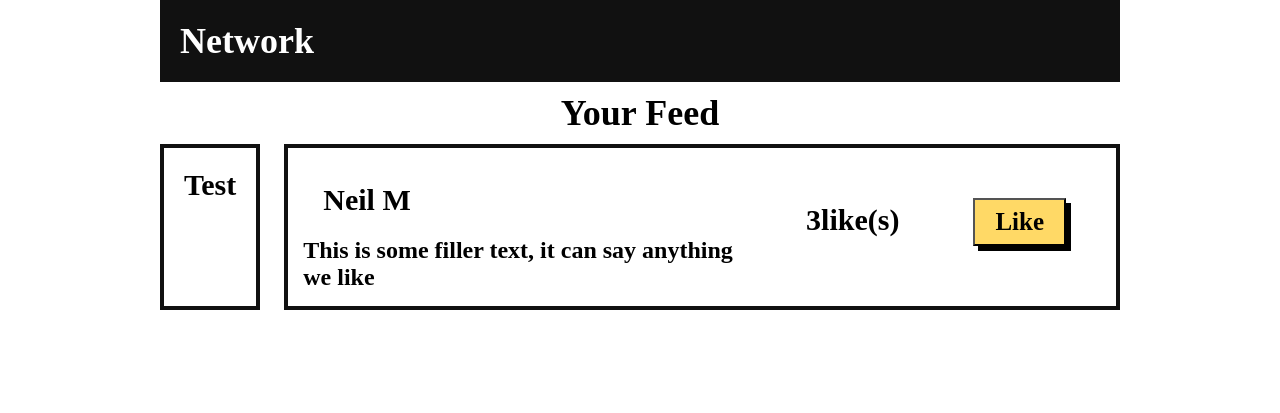
Repository: Blender20/liking_likes
Page: index.html
These files come from the project's save history. The page is drawn as it stood at one moment and after the next save; the edit follows.
The browser window is 1280 px wide. The pictures show the whole page.
Some web fonts or font styles are not loaded; a fallback is used.

Above is the page before, as saved 2022-03-29 23:27:20.

After the next save:
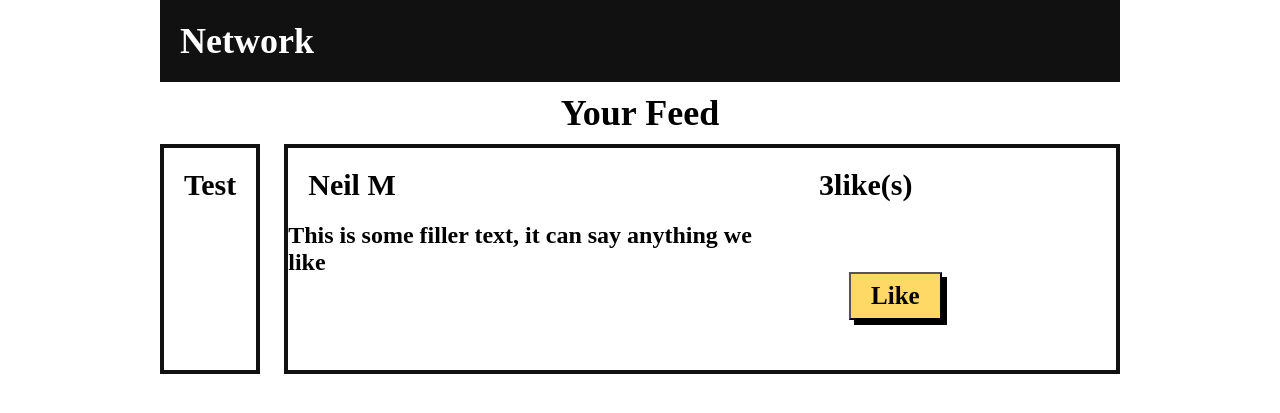
Saved 2 min 1 s later.
--- a/style.css
+++ b/style.css
@@ -44,10 +44,7 @@ nav{
   margin: 0 auto;
 }
 .user{
-  padding: 15px ;
-  flex:1;
-  min-height:50px
-  margin: auto 0;
+
 }
 .right {
   flex: 1;
